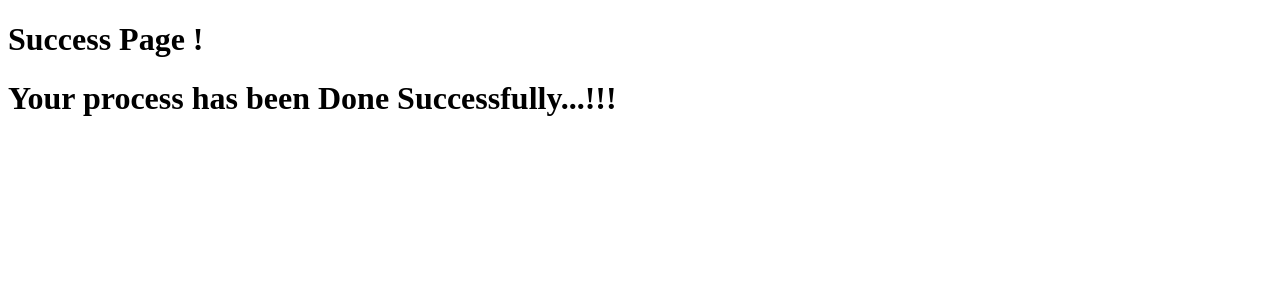
Repository: SurajPawar15-smart/JAVAProjects
Page: BCSecondServletProject/WebContent/success.html
An editor plug-in stored every save of this project. The page is shown before and after the next save, followed by the edit.
The browser window is 1280 px wide. The pictures show the whole page.

Above is the page before, as saved 2020-09-27 15:33:12.

After the next save:
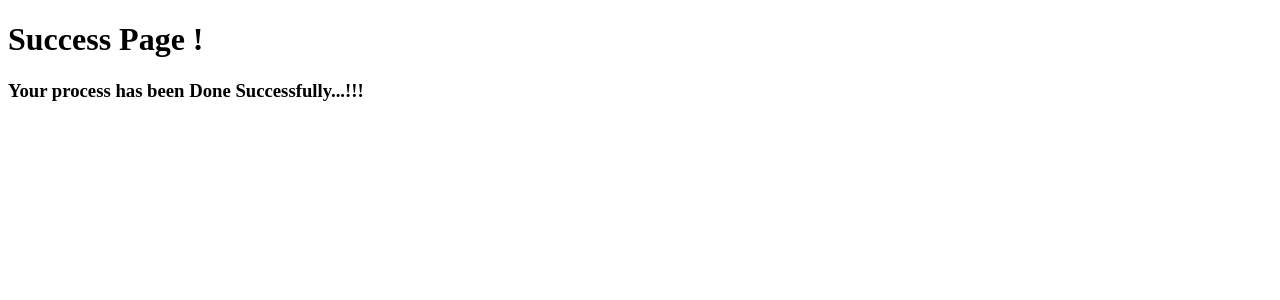
Saved 7 s later.
--- a/BCSecondServletProject/WebContent/success.html
+++ b/BCSecondServletProject/WebContent/success.html
@@ -6,6 +6,6 @@
 </head>
 <body>
 <h1>Success Page !</h1>
-<h1>Your process has been Done Successfully...!!!</h1>
+<h3>Your process has been Done Successfully...!!!</h3>
 </body>
 </html>
